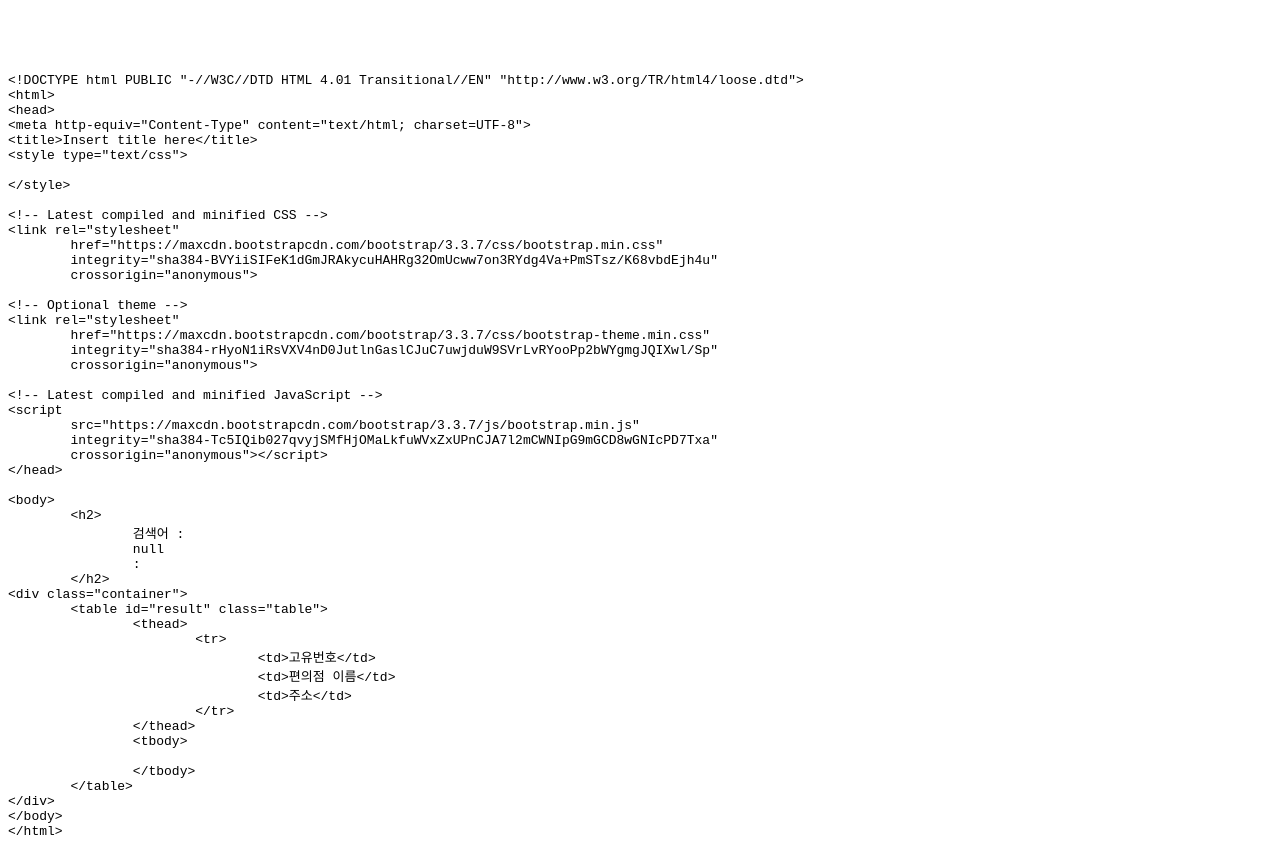
Repository: kimjaejoo/Tacademy
Page: http://localhost/Hello/search
An editor plug-in stored every save of this project. The page is shown before and after the next save, followed by the edit.
The browser window is 1280 px wide. The pictures show the whole page.
The page is served by Tomcat 9. Other server files are loaded and not shown. Queries for data that is not in the repository find no rows.

Above is the page before, as saved 2016-11-03 07:14:12.

### Hello/WebContent/result3.jsp
<%@page import="com.model.CStore"%>
<%@page import="java.util.ArrayList"%>
<%@ page language="java" contentType="text/plain; charset=UTF-8"
	pageEncoding="UTF-8"%>
<%@taglib prefix="c" uri="http://java.sun.com/jsp/jstl/core" %>
<!DOCTYPE html PUBLIC "-//W3C//DTD HTML 4.01 Transitional//EN" "http://www.w3.org/TR/html4/loose.dtd">
<html>
<head>
<meta http-equiv="Content-Type" content="text/html; charset=UTF-8">
<title>Insert title here</title>
<style type="text/css">

</style>

<!-- Latest compiled and minified CSS -->
<link rel="stylesheet"
	href="https://maxcdn.bootstrapcdn.com/bootstrap/3.3.7/css/bootstrap.min.css"
	integrity="sha384-BVYiiSIFeK1dGmJRAkycuHAHRg32OmUcww7on3RYdg4Va+PmSTsz/K68vbdEjh4u"
	crossorigin="anonymous">

<!-- Optional theme -->
<link rel="stylesheet"
	href="https://maxcdn.bootstrapcdn.com/bootstrap/3.3.7/css/bootstrap-theme.min.css"
	integrity="sha384-rHyoN1iRsVXV4nD0JutlnGaslCJuC7uwjduW9SVrLvRYooPp2bWYgmgJQIXwl/Sp"
	crossorigin="anonymous">

<!-- Latest compiled and minified JavaScript -->
<script
	src="https://maxcdn.bootstrapcdn.com/bootstrap/3.3.7/js/bootstrap.min.js"
	integrity="sha384-Tc5IQib027qvyjSMfHjOMaLkfuWVxZxUPnCJA7l2mCWNIpG9mGCD8wGNIcPD7Txa"
	crossorigin="anonymous"></script>
</head>

<body>
	<h2>
		검색어 :
		<%=request.getParameter("keyword")%>
		: ${param.keyword }
	</h2>
<div class="container">
	<table id="result" class="table">
		<thead>
			<tr>
				<td>고유번호</td>
				<td>편의점 이름</td>
				<td>주소</td>
			</tr>
		</thead>
		<tbody>
			<c:forEach var="cs" items="${result }">
				<tr>
					<td>${cs.getIdx() }</td>
					<td>${cs.getName() }</td>
					<td>${cs.getAddr() }</td>
				</tr>
			</c:forEach>
		</tbody>
	</table>
</div>
</body>
</html>

### Hello/src/com/taca/Search.java
package com.taca;

import java.io.IOException;
import java.sql.Connection;
import java.sql.PreparedStatement;
import java.sql.ResultSet;
import java.sql.SQLException;
import java.util.ArrayList;

import javax.servlet.ServletException;
import javax.servlet.annotation.WebServlet;
import javax.servlet.http.HttpServlet;
import javax.servlet.http.HttpServletRequest;
import javax.servlet.http.HttpServletResponse;


import com.model.CStore;
import com.util.U;


@WebServlet(name = "search", description = "검색", urlPatterns = { "/search" })
public class Search extends HttpServlet {
	private static final long serialVersionUID = 1L;


    public Search() {
        super();

    }

	protected void doGet(HttpServletRequest request, HttpServletResponse response) throws ServletException, IOException {




		request.setCharacterEncoding("utf-8");
		response.setCharacterEncoding("utf-8");
		//response.setContentType("text/html; charset=utf-8");

		// singleton으로 연결하기
		Connection conn = U.getInstance().getConnection();

		String key = request.getParameter("key");
		String keyword = request.getParameter("keyword");

		//response.getWriter().println(key + " / " + keyword);
		// 편의점의 이름을 넣어서 검색하는 방법
		String sql = "select idx, name, addr from tbl_cStore where name like '%" + keyword + "%'";

		ArrayList<CStore> cStores = new ArrayList<CStore>();
		// 커넥션객체 => statement 획득



		try {
			PreparedStatement ps = conn.prepareStatement(sql);

			System.out.println(ps);
			ResultSet rs = ps.executeQuery();
			while (rs.next()) {
				response.getWriter().println(
						rs.getString("name") + "<br>");
				cStores.add(
						new CStore(
								rs.getInt("idx"),
								rs.getString("name"),
								rs.getString("addr")
									));
			}
			if (rs != null)
				rs.close();
			if (ps != null)
				ps.close();
		} catch (SQLException e) {
			e.printStackTrace();
		}


		U.getInstance().returnConnection(conn);

		// 응답
		request.setAttribute("result", cStores);
		request.getRequestDispatcher("result3.jsp").forward(request, response);;

	}


	protected void doPost(HttpServletRequest request, HttpServletResponse response) throws ServletException, IOException {

		Connection conn = U.getInstance().getConnection();

		U.getInstance().returnConnection(conn);
	}

}

### Hello/src/com/util/U.java
package com.util;

import java.sql.Connection;
import java.sql.SQLException;

import javax.naming.Context;
import javax.naming.InitialContext;
import javax.sql.DataSource;

// singleton
public class U
{
	private static U self;
	private U(){}
	public static U getInstance()
	{
		if( self == null ){
			self = new U();
		}
		return self;
	}
	// 커넥션 객체 획득
	public Connection getConnection()
	{
    	try {
			Context initCtx = new InitialContext();
			Context envCtx  = (Context)initCtx.lookup("java:comp/env");
			DataSource ds 	= (DataSource)envCtx.lookup("jdbc/java");
			return ds.getConnection();
		} catch (Exception e) {
		}
    	return null;
	}
	// 커넥션 객체 반납
	public void returnConnection(Connection conn)
	{
		if( conn==null ) return;
		try {
			conn.close();	// 반납
		} catch (SQLException e) {
			// TODO Auto-generated catch block
			e.printStackTrace();
		}
	}
}

After the next save:
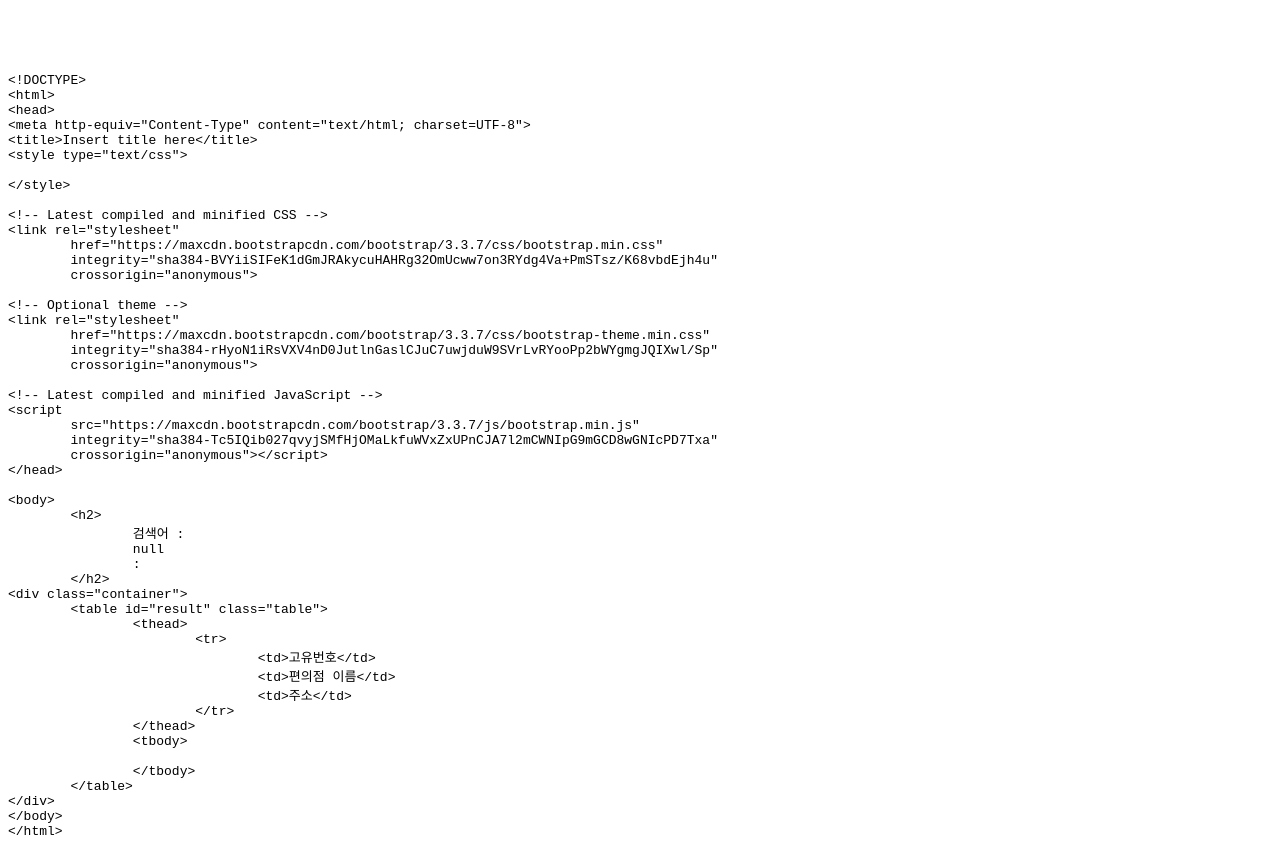
Saved 16 s later.
--- a/Hello/WebContent/result3.jsp
+++ b/Hello/WebContent/result3.jsp
@@ -3,7 +3,7 @@
 <%@ page language="java" contentType="text/plain; charset=UTF-8"
 	pageEncoding="UTF-8"%>
 <%@taglib prefix="c" uri="http://java.sun.com/jsp/jstl/core" %>
-<!DOCTYPE html PUBLIC "-//W3C//DTD HTML 4.01 Transitional//EN" "http://www.w3.org/TR/html4/loose.dtd">
+<!DOCTYPE>
 <html>
 <head>
 <meta http-equiv="Content-Type" content="text/html; charset=UTF-8">
